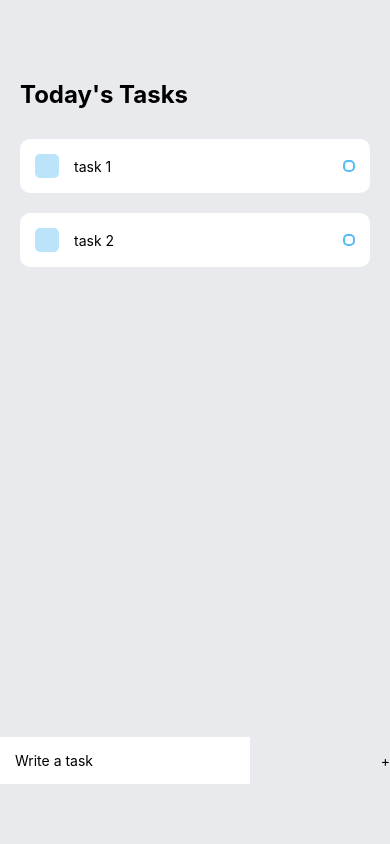
Repository: NT912/TodoList
Screen: /
An editor plug-in stored every save of this project. The screen is shown before and after the next save, followed by the edit.
The app was drawn by React Native's web renderer in a window 390 px wide. The project was rebuilt for these pictures with package versions that can differ from the ones it lists, and the page was loaded fresh each time.

Above is the screen before, as saved 2022-04-16 17:05:30.

### App.js
import { StatusBar } from "expo-status-bar";
import { StyleSheet, Text, View, TextInput } from "react-native";
import { KeyboardAvoidingView, Platform, TouchableOpacity } from "react-native";
import Task from "./components/Task";

export default function App() {
  return (
    <View style={styles.container}>
      {/* Today's Tasks */}
      <View style={styles.tasksWrapper}>
        <Text style={styles.sectionTitle}>Today's Tasks</Text>
        <View style={styles.items}>
          {/* This is the task will go */}
          <Task Text={"task 1"} />
          <Task Text={"task 2"} />
        </View>
      </View>

      {/* Write a task */}
      <KeyboardAvoidingView
        behavior={Platform.OS === "ios" ? "padding" : "height"}
        style={styles.writeTaskWrapper}
      >
        <TextInput style={styles.input} placeholder={"Write a task"} />

        <TouchableOpacity>
          <View style={styles.addWrapper}>
            <Text style={styles.addText}>+</Text>
          </View>
        </TouchableOpacity>
      </KeyboardAvoidingView>
    </View>
  );
}

const styles = StyleSheet.create({
  container: {
    flex: 1,
    backgroundColor: "#E8EAED",
  },
  tasksWrapper: {
    paddingTop: 80,
    paddingHorizontal: 20,
  },
  sectionTitle: {
    fontSize: 24,
    fontWeight: "bold",
  },
  items: { marginTop: 30 },
  writeTaskWrapper: {
    position: "absolute",
    bottom: 60,
    width: "100%",
    flexDirection: "row",
    justifyContent: "space-between",
    alignItems: "center",
  },
  input: {
    paddingVertical: 15,
    paddingHorizontal: 15,
    backgroundColor: "#FFF",

    width: 250,
  },
  addWrapper: {},
  addText: {},
});

### components/Task.js
import React from "react";
import { View, Text, StyleSheet } from "react-native";

const Task = (props) => {
  return (
    <View style={styles.item}>
      <View style={styles.itemleft}>
        <View style={styles.quare}></View>
        <Text style={styles.itemText}>{props.Text}</Text>
      </View>
      <View style={styles.cirular}></View>
    </View>
  );
};

const styles = StyleSheet.create({
  item: {
    backgroundColor: "#FFF",
    padding: 15,
    borderRadius: 10,
    flexDirection: "row",
    alignItems: "center",
    justifyContent: "space-between",
    marginBottom: 20,
  },
  itemleft: {
    flexDirection: "row",
    alignItems: "center",
    flexWrap: "wrap",
  },
  quare: {
    width: 24,
    height: 24,
    backgroundColor: "#55BCF6",
    opacity: 0.4,
    borderRadius: 5,
    marginRight: 15,
  },
  itemText: {
    maxWidth: "80%",
  },
  cirular: {
    width: 12,
    height: 12,
    borderColor: "#55BCF6",
    borderWidth: 2,
    borderRadius: 5,
  },
});

export default Task;

After the next save:
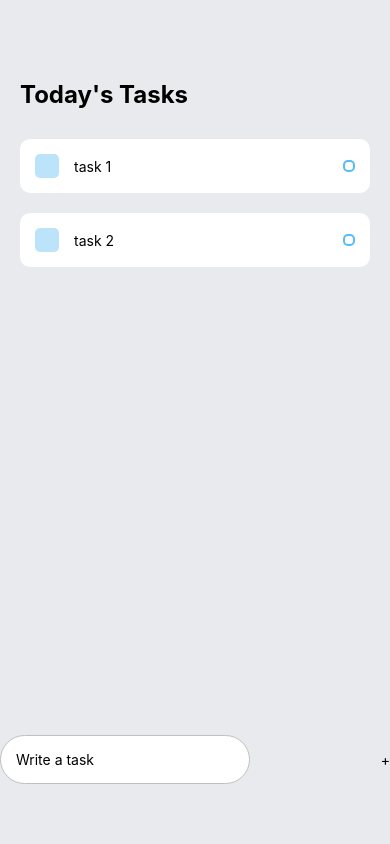
Saved 41 s later.
--- a/App.js
+++ b/App.js
@@ -59,7 +59,9 @@ const styles = StyleSheet.create({
     paddingVertical: 15,
     paddingHorizontal: 15,
     backgroundColor: "#FFF",
-
+    borderRadius: 60,
+    borderColor: "#C0C0C0",
+    borderWidth: 1,
     width: 250,
   },
   addWrapper: {},
